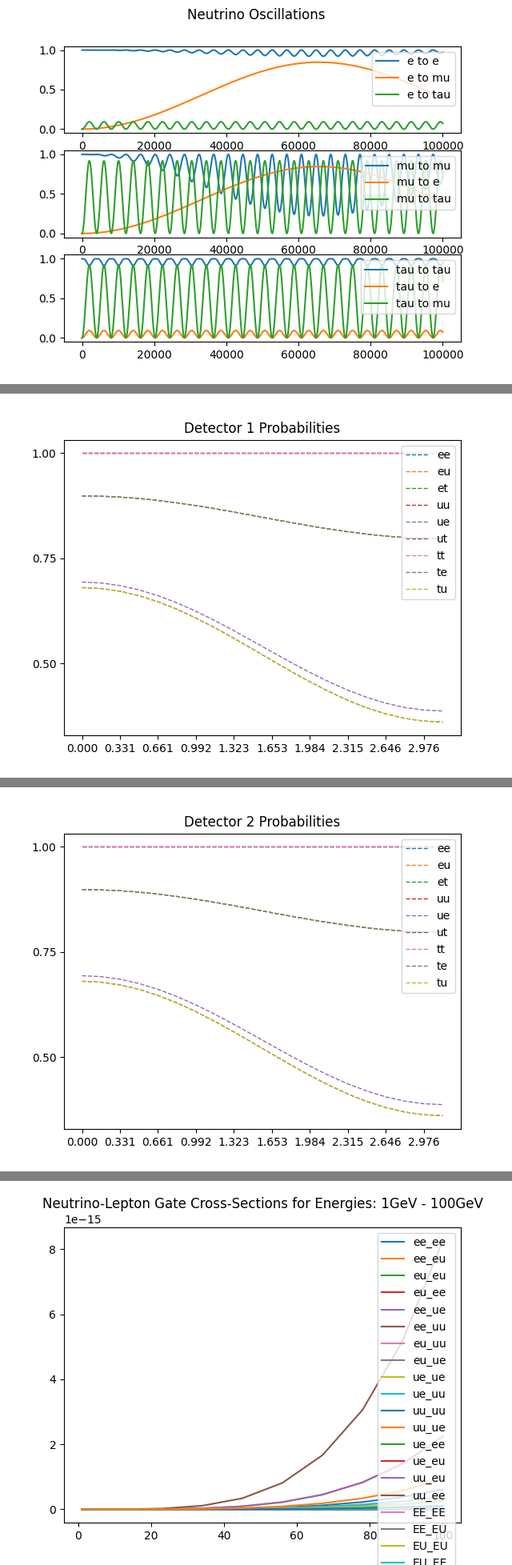
Repository: MichaelCullen2011/QuantumAndNeutrinos
Script's output: python neutrinos.py
The author's editor kept a copy of each file at every save. The script's output is drawn from the files as they stood at one save, then again after a run of saves.
The pictures are shown at 80% of full size.
Each picture stacks the figures in order, with grey between them; figures that are only written to a file come last. Random numbers start from a fixed seed.

Above is the script's output before, as saved 2021-06-02 16:56:37.

After the next 3 saves:
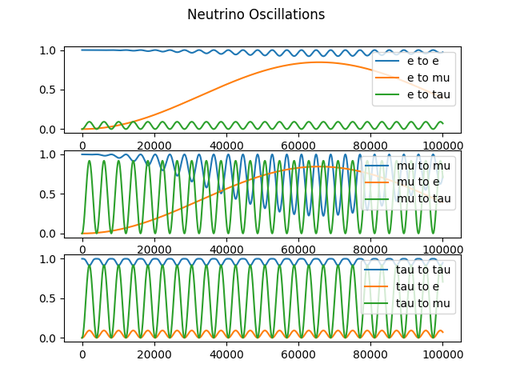
Error: NameError: name 'order_tau_d_change' is not defined
The 3 saves are shown as one change because they came seconds apart.
The last was saved 35 s later.
--- a/neutrinos.py
+++ b/neutrinos.py
@@ -193,10 +193,15 @@
 class WaveFunctions:
     def __init__(self, accuracy):
         self.accuracy = accuracy
+
         self.phi_range = np.linspace(0, np.pi, accuracy)
         self.theta = np.linspace(0, 2 * np.pi, 20)
+        self.order_tau_d_same = 1
+        self.order_tau_d_change = 1 / 3
+
         self.flavour_list = ['ee', 'eu', 'et', 'uu', 'ue', 'ut', 'tt', 'te', 'tu']
         self.prob_at_detector, self.detector_1, self.detector_2 = {flavour: [] for flavour in self.flavour_list}, {flavour: [] for flavour in self.flavour_list}, {flavour: [] for flavour in self.flavour_list}
+
 
 
     def calculate(self):
@@ -237,8 +242,6 @@
 
 
     def prob(self, flavour, phi):
-        order_tau_d_same = 1
-        order_tau_d_change = 1 / 3
         if flavour == 'ee':
             prob_f1 = 1
             prob_f2 = 0

After the save that followed:
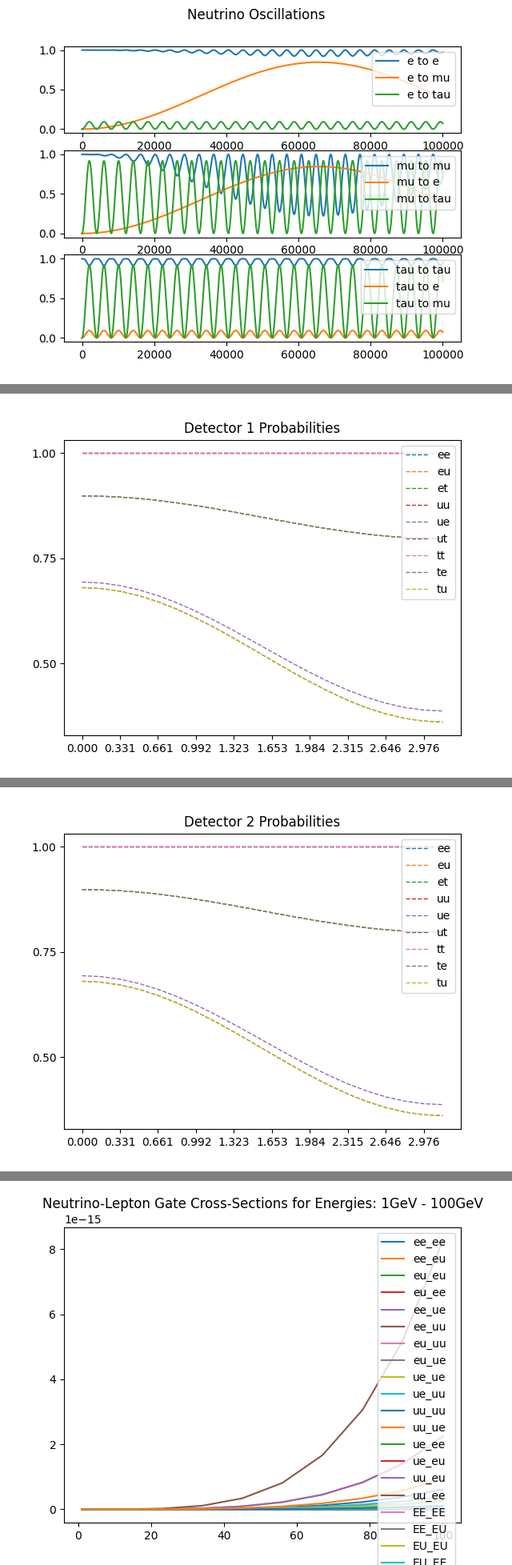
The error is gone.
Saved 17 s later.
--- a/neutrinos.py
+++ b/neutrinos.py
@@ -246,29 +246,29 @@
             prob_f1 = 1
             prob_f2 = 0
         elif flavour == 'eu':
-            prob_f1 = 1 - (np.sqrt(sin_sq_theta['et']) / 2) * (1 - order_tau_d_change * np.cos(phi))
-            prob_f2 = (np.sqrt(sin_sq_theta['et']) / 2) * (1 - order_tau_d_change * np.cos(phi))
+            prob_f1 = 1 - (np.sqrt(sin_sq_theta['et']) / 2) * (1 - self.order_tau_d_change * np.cos(phi))
+            prob_f2 = (np.sqrt(sin_sq_theta['et']) / 2) * (1 - self.order_tau_d_change * np.cos(phi))
         elif flavour == 'et':
-            prob_f1 = 1 - (np.sqrt(sin_sq_theta['et']) / 2) * (1 - order_tau_d_change * np.cos(phi))
-            prob_f2 = (np.sqrt(sin_sq_theta['et']) / 2) * (1 - order_tau_d_change * np.cos(phi))
+            prob_f1 = 1 - (np.sqrt(sin_sq_theta['et']) / 2) * (1 - self.order_tau_d_change * np.cos(phi))
+            prob_f2 = (np.sqrt(sin_sq_theta['et']) / 2) * (1 - self.order_tau_d_change * np.cos(phi))
         if flavour == 'uu':
             prob_f1 = 1
             prob_f2 = 0
         elif flavour == 'ue':
-            prob_f1 = 1 - (np.sqrt(sin_sq_theta['eu']) / 2) * (1 - order_tau_d_change * np.cos(phi))
-            prob_f2 = (np.sqrt(sin_sq_theta['eu']) / 2) * (1 - order_tau_d_change * np.cos(phi))
+            prob_f1 = 1 - (np.sqrt(sin_sq_theta['eu']) / 2) * (1 - self.order_tau_d_change * np.cos(phi))
+            prob_f2 = (np.sqrt(sin_sq_theta['eu']) / 2) * (1 - self.order_tau_d_change * np.cos(phi))
         elif flavour == 'ut':
-            prob_f1 = 1 - (np.sqrt(sin_sq_theta['ut']) / 2) * (1 - order_tau_d_change * np.cos(phi))
-            prob_f2 = (np.sqrt(sin_sq_theta['ut']) / 2) * (1 - order_tau_d_change * np.cos(phi))
+            prob_f1 = 1 - (np.sqrt(sin_sq_theta['ut']) / 2) * (1 - self.order_tau_d_change * np.cos(phi))
+            prob_f2 = (np.sqrt(sin_sq_theta['ut']) / 2) * (1 - self.order_tau_d_change * np.cos(phi))
         if flavour == 'tt':
             prob_f1 = 1
             prob_f2 = 0
         elif flavour == 'te':
-            prob_f1 = 1 - (np.sqrt(sin_sq_theta['te']) / 2) * (1 - order_tau_d_change * np.cos(phi))
-            prob_f2 = (np.sqrt(sin_sq_theta['te']) / 2) * (1 - order_tau_d_change * np.cos(phi))
+            prob_f1 = 1 - (np.sqrt(sin_sq_theta['te']) / 2) * (1 - self.order_tau_d_change * np.cos(phi))
+            prob_f2 = (np.sqrt(sin_sq_theta['te']) / 2) * (1 - self.order_tau_d_change * np.cos(phi))
         elif flavour == 'tu':
-            prob_f1 = 1 - (np.sqrt(sin_sq_theta['tu']) / 2) * (1 - order_tau_d_change * np.cos(phi))
-            prob_f2 = (np.sqrt(sin_sq_theta['tu']) / 2) * (1 - order_tau_d_change * np.cos(phi))
+            prob_f1 = 1 - (np.sqrt(sin_sq_theta['tu']) / 2) * (1 - self.order_tau_d_change * np.cos(phi))
+            prob_f2 = (np.sqrt(sin_sq_theta['tu']) / 2) * (1 - self.order_tau_d_change * np.cos(phi))
         return prob_f1, prob_f2
 
 
